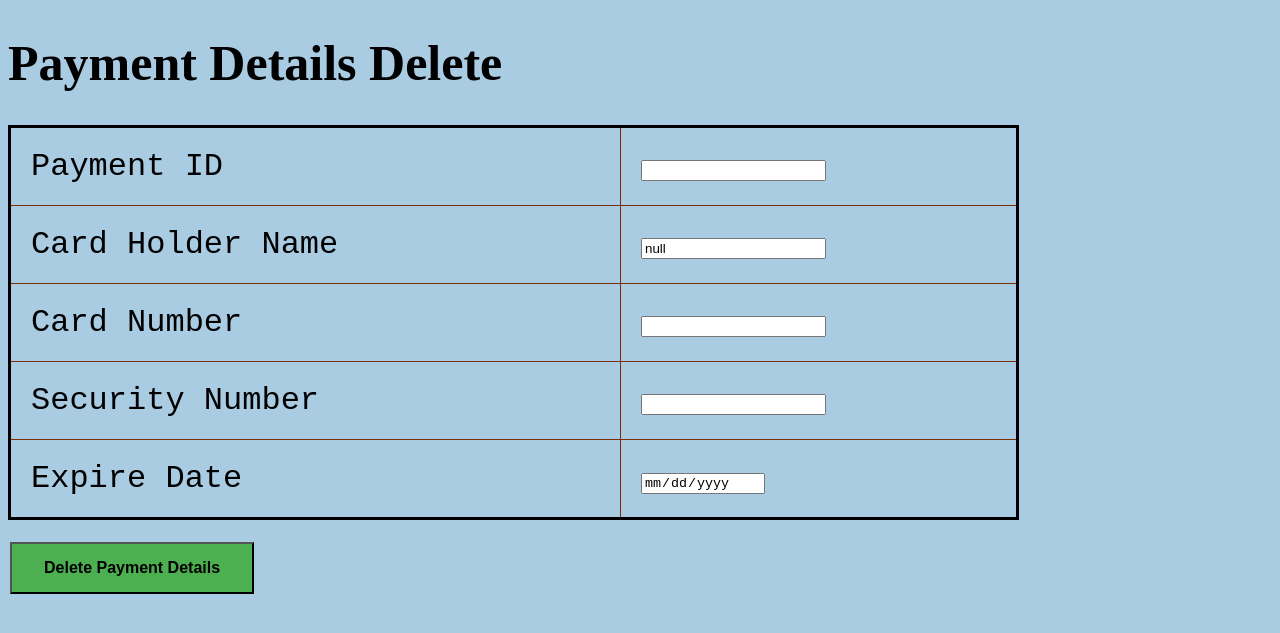
Repository: sandeepa9803/OOP---Online-Travel-web-application
Page: http://localhost/PaymentNew/deletepayment.jsp
The author's editor kept a copy of each file at every save. The page is drawn from the files as they stood at one save, then again after the next save.
The browser window is 1280 px wide. The pictures show the whole page.
Some web fonts or font styles are not loaded; a fallback is used. The page is served by Tomcat 9.

Above is the page before, as saved 2021-10-11 18:09:27.

After the next save:
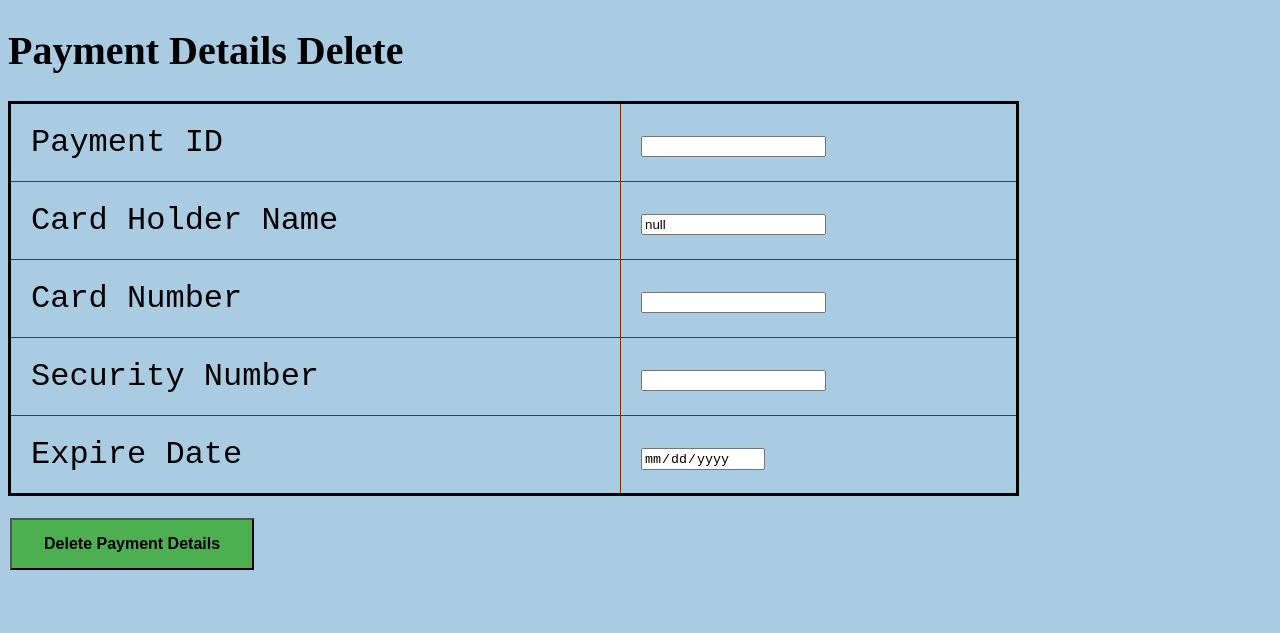
Saved 24 s later.
--- a/PaymentNew/WebContent/deletepayment.jsp
+++ b/PaymentNew/WebContent/deletepayment.jsp
@@ -46,7 +46,7 @@
     font-size:200%;
 
 }
-h1{font-family: 'Quicksand';font-size: 50px;
+h1{font-family: 'Quicksand';font-size: 40px;
 }
 
 

After the 2 saves that followed:
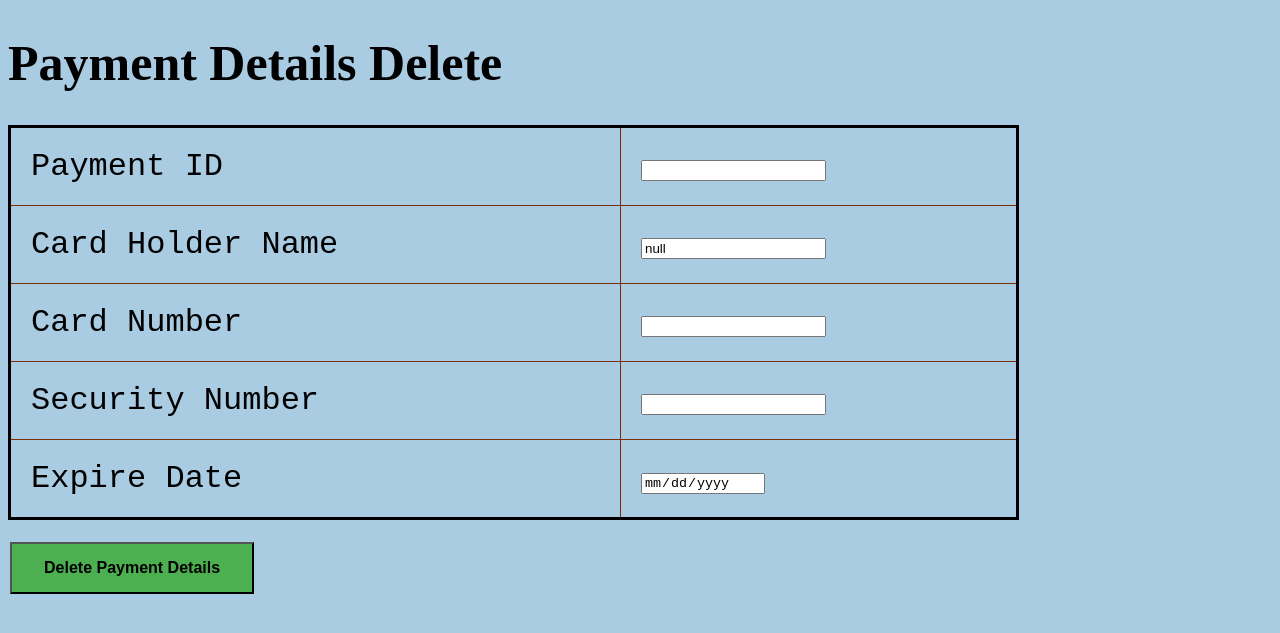
The 2 saves are shown as one change because 1 left the picture as it was.
The last was saved 95 s later.
--- a/PaymentNew/WebContent/deletepayment.jsp
+++ b/PaymentNew/WebContent/deletepayment.jsp
@@ -3,6 +3,7 @@
 <!DOCTYPE html>
 <html>
 <head>
+<link href='https://fonts.googleapis.com/css?family=Quicksand' rel='stylesheet'>
 
 
 
@@ -46,7 +47,7 @@
     font-size:200%;
 
 }
-h1{font-family: 'Quicksand';font-size: 40px;
+h1{font-family: 'Quicksand';font-size: 50px;
 }
 
 
